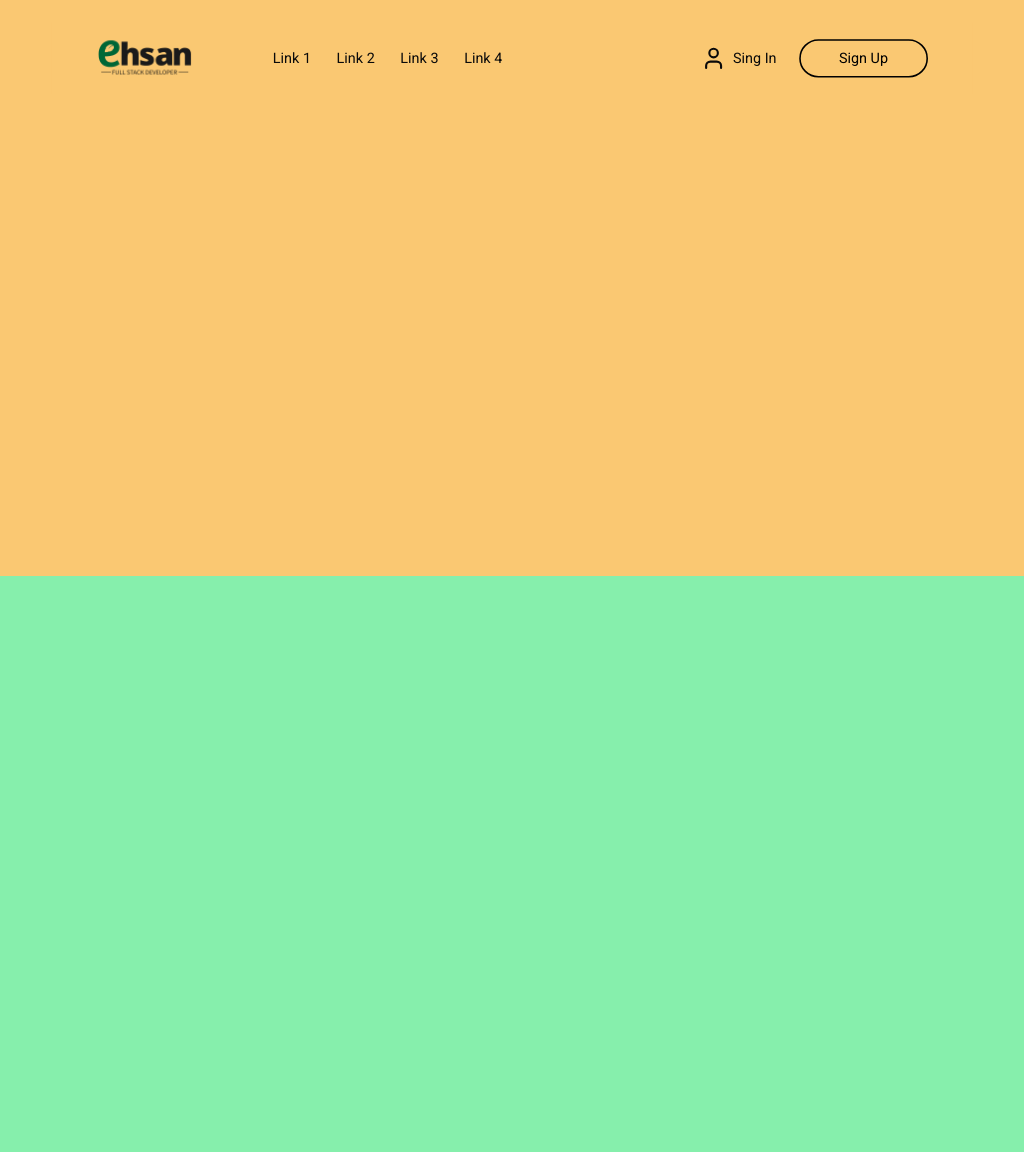
Repository: FrontendProjectsNL/mijn-portfolio-project
Page: /exercise
An editor plug-in stored every save of this project. The page is shown before and after the next save, followed by the edit.
The browser window is 1280 px wide. The pictures show the whole page, at 80% of full size.
The project was rebuilt for these pictures with package versions that can differ from the ones it lists, and the page was loaded fresh each time. The framework's server and built-in components were replaced by stand-ins that run in the browser. Also part of the build but not shown: next.config.mjs.

Above is the page before, as saved 2024-10-25 13:14:27.

After the next save:
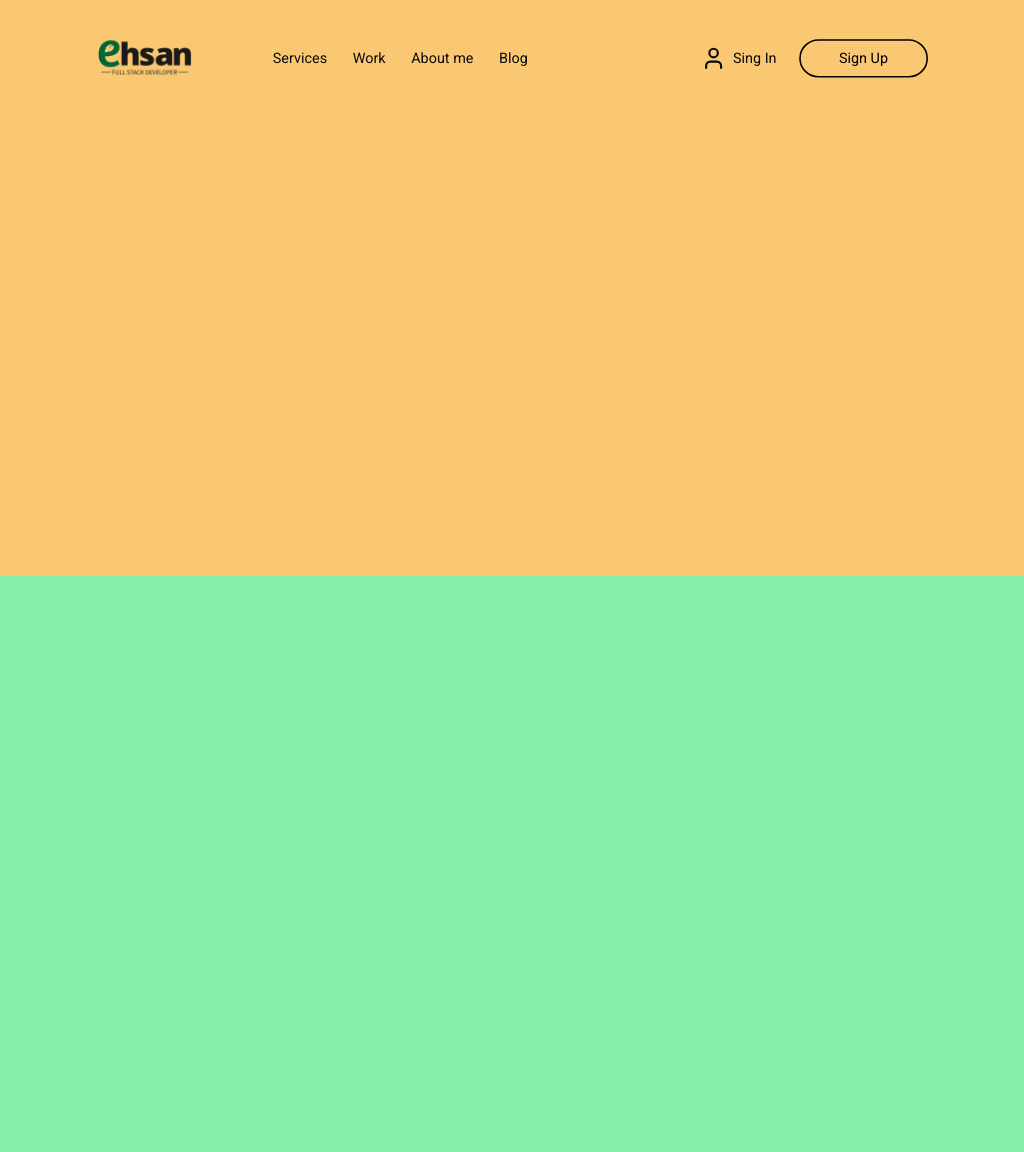
Saved 75 s later.
--- a/app/exercise/page.tsx
+++ b/app/exercise/page.tsx
@@ -49,22 +49,22 @@ const Page: React.FC<PageProps> = () => {
           <ul className="flex">
             <li>
               <Link href="" className="px-4 py-2 cursor text-lg  font-roboto">
-                Link 1
+                Services
               </Link>
             </li>
             <li>
               <Link href="" className="px-4 py-2 cursor text-lg  font-roboto">
-                Link 2
+                Work
               </Link>
             </li>
             <li>
               <Link href="" className="px-4 py-2 cursor text-lg font-roboto">
-                Link 3
+                About me
               </Link>
             </li>
             <li>
               <Link href="" className="px-4 py-2 cursor text-lg font-roboto">
-                Link 4
+                Blog
               </Link>
             </li>
           </ul>
